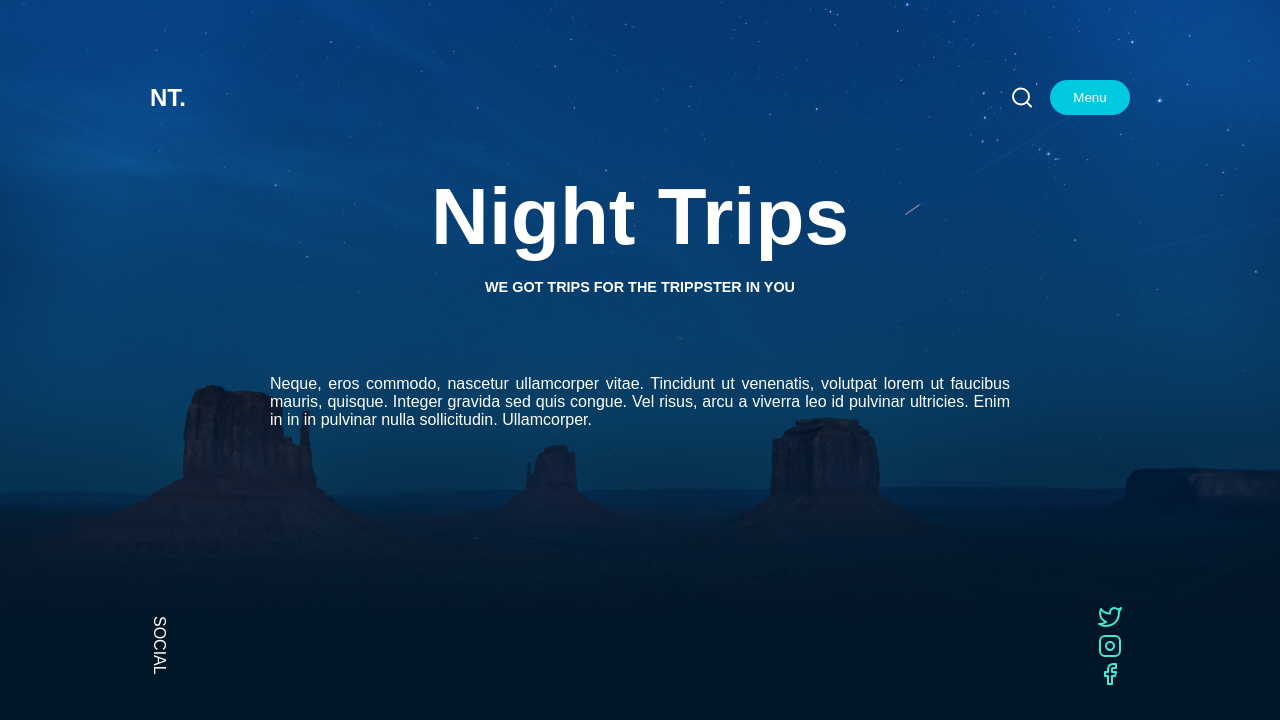
Repository: Silva-jr/night-trip
Page: index.html
An editor plug-in stored every save of this project. The page is shown before and after the next save, followed by the edit.
The browser window is 1280 px wide. The pictures show the whole page.

Above is the page before, as saved 2021-07-21 00:25:36.

### index.html
<!DOCTYPE html>
<html lang="en">

    <head>
        <meta charset="UTF-8">
        <meta http-equiv="X-UA-Compatible" content="IE=edge">
        <meta name="viewport" content="width=device-width, initial-scale=1.0">
        <link rel="stylesheet" href="style/style.css">
        <title>Document</title>
    </head>

    <body>
        <div class="container">
            <section class="app-content">
                <header class="header">
                    <div class="logo">
                        <h1>NT.</h1>
                    </div>
                    <div class="menu">
                        <img src="./assets/search 1.svg" alt="">
                        <button>Menu</button>
                    </div>
                </header>
                <main class="main">
                    <div class="title">
                        <h1>Night Trips</h1>
                        <h3>WE GOT TRIPS FOR THE TRIPPSTER IN YOU</h3>
                    </div>
                    <div class="subtitle">
                        <div class="teste">
                            <p>Neque, eros commodo, nascetur ullamcorper vitae. Tincidunt ut venenatis, volutpat lorem
                                ut
                                faucibus mauris, quisque. Integer gravida sed quis congue. Vel risus, arcu a viverra leo
                                id
                                pulvinar ultricies. Enim in in in pulvinar nulla sollicitudin. Ullamcorper.</p>
                        </div>

                    </div>
                </main>
                <div class="social-items">
                    <div>
                        <p>Social</p>
                    </div>
                    <div class="icon">
                        <img src="./assets/twitter 1.svg" alt="">
                        <img src="./assets/instagram 1.svg" alt="">
                        <img src="/assets/facebook 1.svg" alt="">
                    </div>
                </div>
            </section>

        </div>

    </body>

</html>

### style/style.css
* {
    box-sizing: border-box;
    margin    : 0;
    padding   : 0;
}

html {
    height    : 100%;
    /* fix height to 100% for IE */
    max-height: 100%;
    /* fix height for other browsers */
    /*overflow:hidden; /*get rid of scroll bars in IE */
    overflow-x: hidden;
    transition: 0.3s;
}

html,
body {
    scroll-behavior: smooth;
    height         : 100%;
    max-height     : 100%;
    height         : 100vh;
    font-family    : "Roboto", sans-serif;
}

body {
    overflow               : hidden;
    font-family            : "Poppins", sans-serif;
    background-color       : var(--background-color);
    -webkit-font-smoothing : antialiased;
    -moz-osx-font-smoothing: grayscale;
}

a {
    text-decoration: none;
}

.container {

    background-image: linear-gradient(rgba(1, 22, 39, 0) 0%, #011627 86.64%, #011627 100%), url("../assets/back2.png");
    height          : 100vh;
    background-size : cover;
    overflow        : auto;
}

.app-content {
    width    : 100%;
    height   : 100vh;
    margin   : 0 auto;
    max-width: 1140px;
    padding  : 5rem;
}

.header {
    width          : 100%;
    height         : auto;
    display        : flex;
    align-items    : center;
    justify-content: space-between;
}

.logo {
    color: #fff;
}

.menu {
    display: flex;
}

.menu img {
    margin-right: 1rem;
}

.menu button {
    background-color: #00C9E0;
    color           : #fff;
    border          : none;
    width           : 5rem;
    height          : 2.2rem;
    border-radius   : 4rem;
    cursor          : pointer;
}

.main {
    width     : 100%;
    color     : white;
    display   : block;
    text-align: center;
    padding   : 3.5rem;
}

.title {
    width      : 100%;
    align-items: center;
}

.title h1 {
    font-size: 5rem;
}

.title h3 {
    font-size: .9rem;
    padding  : 1rem;
}

.subtitle {
    width      : 100%;
    align-items: center;
    padding    : 4rem;
}

.teste {
    text-align     : center;
    align-items    : center;
    justify-items  : center;
    justify-content: center;
    text-align     : justify;
}

.social-items {
    width          : 100%;
    height         : auto;
    display        : flex;
    align-items    : center;
    justify-content: space-between;
    padding        : 3rem 0;
    color          : #fff;
    text-transform : uppercase;
}

.social-items p{
    writing-mode: vertical-rl;
}

.icon{
    writing-mode: vertical-rl;
    padding: .5rem;
}

After the next save:
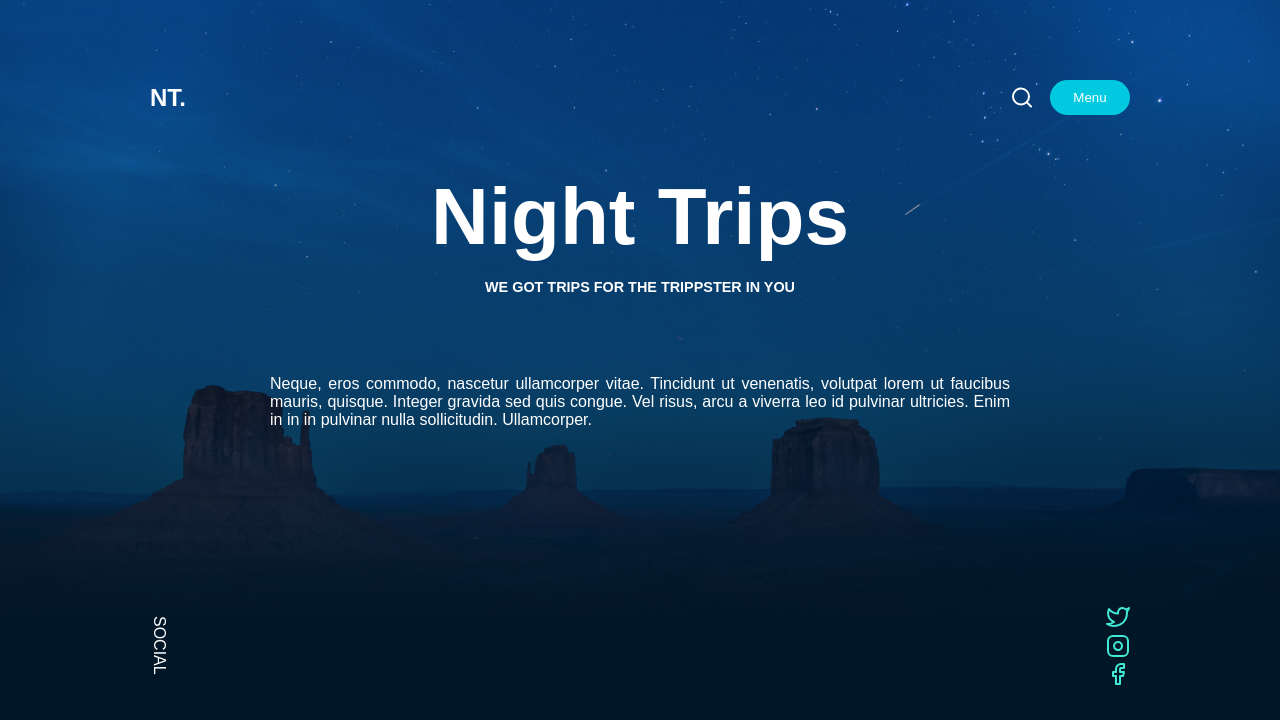
Saved 4 s later.
--- a/style/style.css
+++ b/style/style.css
@@ -134,5 +134,5 @@ a {
 
 .icon{
     writing-mode: vertical-rl;
-    padding: .5rem;
+    padding: .5rem 0;
 }
